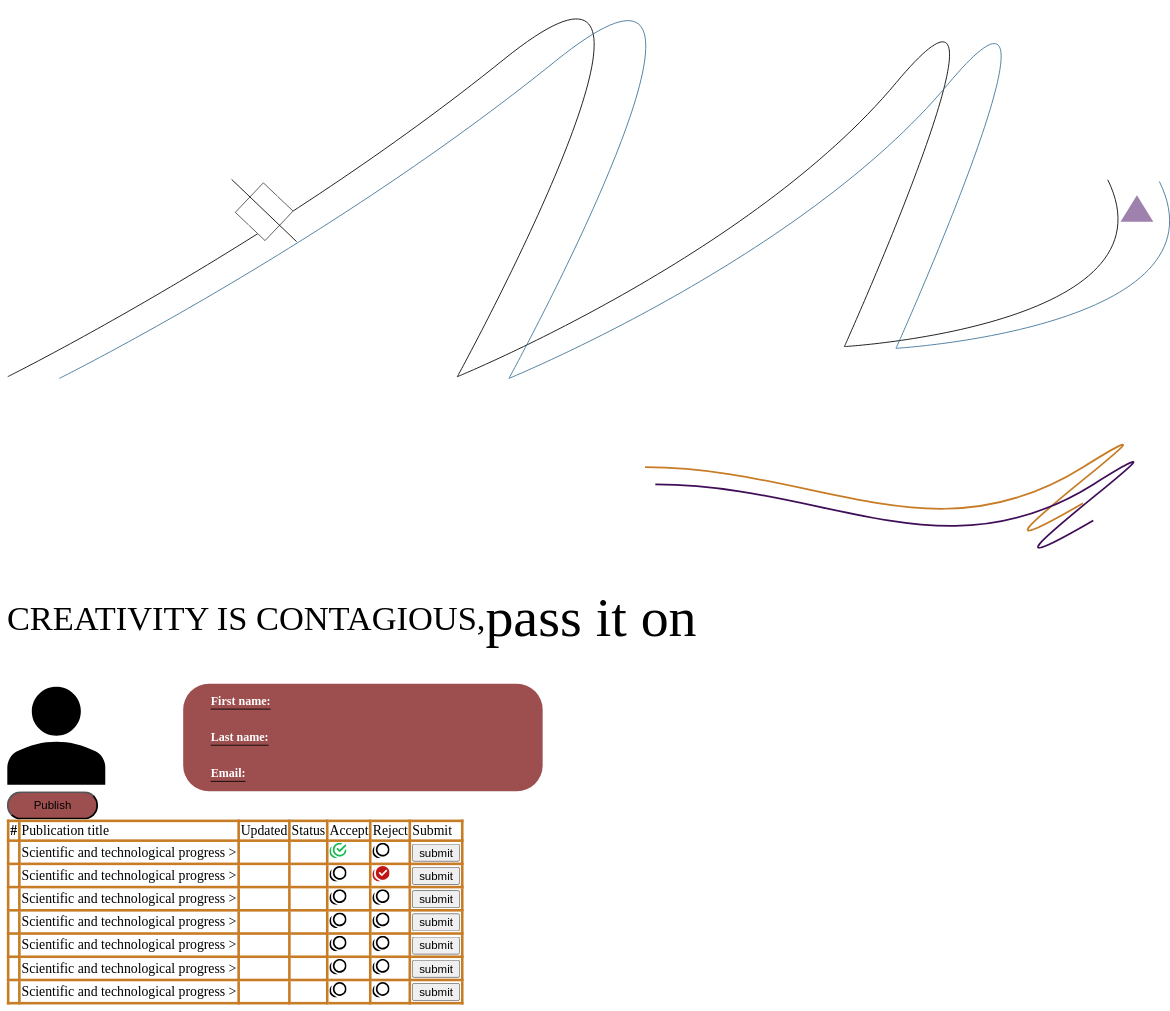
Repository: ceo-of-albeni/articles
Page: /
The author's editor kept a copy of each file at every save. The page is drawn from the files as they stood at one save, then again after the next save.
The browser window is 1280 px wide. The page is 1361 px wide, so the pictures cover 1361 px, including what lies to the right of the window. The pictures show the whole page, at 86% of full size.
The project was rebuilt for these pictures with package versions that can differ from the ones it lists, and the page was loaded fresh each time.

Above is the page before, as saved 2023-05-14 22:32:01.

### public/index.html
<!DOCTYPE html>
<html lang="en">
  <head>
    <meta charset="UTF-8" />
    <meta http-equiv="X-UA-Compatible" content="IE=edge" />
    <meta name="viewport" content="width=device-width, initial-scale=1.0" />
    <link rel="icon" href="%PUBLIC_URL%/favicon.ico" />
    <title>Scientist's room</title>
  </head>
  <body>
    <div id="root"></div>
  </body>
</html>

### src/reviewer's profil/reveiwer.jsx
import "./reviewer.css";

export default function Reviewer() {
    return (
        <>
            <section className="reviewer_section container">
                <div className="bgi">
                    <svg width="1353" height="630" viewBox="0 0 1353 630" fill="none" xmlns="http://www.w3.org/2000/svg">
                        <path d="M742 535.27C940.883 535.27 1077.34 644.011 1251.27 535.27C1425.2 426.529 1042.09 698.385 1251.27 577.171" stroke="#C77C25" stroke-width="2"/>
                        <path d="M754 555.27C952.883 555.27 1089.34 664.011 1263.27 555.27C1437.2 446.529 1054.09 718.385 1263.27 597.171" stroke="#400E59" stroke-width="2"/>
                        <path d="M1 430C1 430 313.424 274.515 577.902 61.0347C842.38 -152.445 523.769 430 523.769 430C523.769 430 865.58 290.013 1034.17 88.0322C1202.75 -113.949 973.846 395.003 973.846 395.003C973.846 395.003 1364.38 371.505 1280.08 201.022" stroke="black"/>
                        <path d="M61 432C61 432 373.424 276.515 637.902 63.0347C902.38 -150.445 583.769 432 583.769 432C583.769 432 925.58 292.013 1094.17 90.0322C1262.75 -111.949 1033.85 397.003 1033.85 397.003C1033.85 397.003 1424.38 373.505 1340.08 203.022" stroke="#3B7197"/>
                        <path d="M1314 219L1333.05 249.75H1294.95L1314 219Z" fill="#9E81AD"/>
                        <rect x="298.204" y="203.912" width="48.6728" height="48.2995" transform="rotate(43.5521 298.204 203.912)" fill="white"/>
                        <rect x="298.221" y="204.619" width="47.6728" height="47.2995" transform="rotate(43.5521 298.221 204.619)" stroke="black" stroke-opacity="0.68"/>
                        <line x1="333.354" y1="201.354" x2="259.354" y2="275.354" stroke="white"/>
                        <line x1="261.346" y1="200.639" x2="336.951" y2="272.998" stroke="black"/>
                    </svg>
                </div>
                <div className="reviewer_thema">
                    <p className="upper ">CREATIVITY IS CONTAGIOUS,</p> <p className="lower">pass it on</p>
                </div>
                <div className="reviewer_user">
                    <div className="user_logo">
                        <svg width="115" height="115" viewBox="0 0 115 115" fill="none" xmlns="http://www.w3.org/2000/svg">
                        <path d="M57.5 57.5C49.6625 57.5 42.9531 54.7094 37.3719 49.1281C31.7906 43.5469 29 36.8375 29 29C29 21.1625 31.7906 14.4531 37.3719 8.87188C42.9531 3.29063 49.6625 0.5 57.5 0.5C65.3375 0.5 72.0469 3.29063 77.6281 8.87188C83.2094 14.4531 86 21.1625 86 29C86 36.8375 83.2094 43.5469 77.6281 49.1281C72.0469 54.7094 65.3375 57.5 57.5 57.5ZM0.5 114.5V94.55C0.5 90.5125 1.54025 86.8004 3.62075 83.4136C5.70125 80.0269 8.461 77.4453 11.9 75.6688C19.2625 71.9875 26.7437 69.2254 34.3438 67.3824C41.9438 65.5394 49.6625 64.6202 57.5 64.625C65.3375 64.625 73.0563 65.5465 80.6562 67.3895C88.2562 69.2325 95.7375 71.9922 103.1 75.6688C106.544 77.45 109.306 80.034 111.386 83.4207C113.467 86.8075 114.505 90.5173 114.5 94.55V114.5H0.5Z" fill="black"/>
                        </svg>
                    </div>
                    <div className="user_data">
                        <p>First name:</p>
                        <p>Last name:</p>
                        <p>Email:</p>
                    </div>
                </div>
                <div className="button_publish">
                    <button>
                        Publish
                    </button>
                </div>
                <div className="table">
                    <table>
                        <tr>
                            <th>#</th>
                            <td>Publication title </td>
                            <td>Updated</td>
                            <td>Status</td>
                            <td>Accept</td>
                            <td>Reject</td>
                            <td>Submit</td>
                        </tr>
                        <tr>
                            <td></td>
                            <td>Scientific and technological progress &gt; </td>
                            <td></td>
                            <td></td>
                            <td>
                                <svg width="20" height="18" viewBox="0 0 20 18" fill="none" xmlns="http://www.w3.org/2000/svg">
                                    <path d="M12 0C9.87827 0 7.84344 0.842855 6.34315 2.34315C4.84285 3.84344 4 5.87827 4 8C4 10.1217 4.84285 12.1566 6.34315 13.6569C7.84344 15.1571 9.87827 16 12 16C14.1217 16 16.1566 15.1571 17.6569 13.6569C19.1571 12.1566 20 10.1217 20 8H18C18 11.32 15.32 14 12 14C10.4087 14 8.88258 13.3679 7.75736 12.2426C6.63214 11.1174 6 9.5913 6 8C6 6.4087 6.63214 4.88258 7.75736 3.75736C8.88258 2.63214 10.4087 2 12 2C12.43 2 12.86 2.05 13.27 2.14L14.88 0.54C13.96 0.18 13 0 12 0ZM18.59 1.58L12 8.17L9.62 5.79L8.21 7.21L12 11L20 3M2.93 3.82C2.01572 4.56996 1.27883 5.51305 0.772242 6.58156C0.265651 7.65006 0.00192585 8.81748 0 10C0 12.1217 0.842855 14.1566 2.34315 15.6569C3.84344 17.1571 5.87827 18 8 18C8.64 18 9.27 17.92 9.88 17.77C8.12 17.38 6.5 16.5 5.17 15.29C4.21237 14.7776 3.41174 14.015 2.85347 13.0834C2.2952 12.1517 2.00023 11.0861 2 10C2 9.7 2.03 9.41 2.07 9.11C2.03 8.74 2 8.37 2 8C2 6.56 2.32 5.13 2.93 3.82Z" fill="#16BA4E"/>
                                </svg>
                            </td>
                            <td>
                            <svg width="20" height="18" viewBox="0 0 20 18" fill="none" xmlns="http://www.w3.org/2000/svg">
                            <path d="M12 0C9.87827 0 7.84344 0.842855 6.34315 2.34315C4.84285 3.84344 4 5.87827 4 8C4 10.1217 4.84285 12.1566 6.34315 13.6569C7.84344 15.1571 9.87827 16 12 16C14.1217 16 16.1566 15.1571 17.6569 13.6569C19.1571 12.1566 20 10.1217 20 8C20 5.87827 19.1571 3.84344 17.6569 2.34315C16.1566 0.842855 14.1217 0 12 0ZM12 2C15.32 2 18 4.69 18 8C18 11.32 15.32 14 12 14C10.4087 14 8.88258 13.3679 7.75736 12.2426C6.63214 11.1174 6 9.5913 6 8C6 6.4087 6.63214 4.88258 7.75736 3.75736C8.88258 2.63214 10.4087 2 12 2ZM2.93 3.82C2.01572 4.56996 1.27883 5.51305 0.772242 6.58156C0.265651 7.65006 0.00192585 8.81748 0 10C0 12.1217 0.842855 14.1566 2.34315 15.6569C3.84344 17.1571 5.87827 18 8 18C8.64 18 9.27 17.92 9.88 17.77C8.12 17.38 6.5 16.5 5.17 15.29C4.21237 14.7776 3.41174 14.015 2.85347 13.0834C2.2952 12.1517 2.00023 11.0861 2 10C2 9.7 2.03 9.41 2.07 9.11C2.03 8.74 2 8.37 2 8C2 6.56 2.32 5.13 2.93 3.82Z" fill="black"/>
                            </svg>
                            </td>
                            <td><button>submit</button></td>
                        </tr>
                        <tr>
                            <td></td>
                            <td>Scientific and technological progress &gt;</td>
                            <td></td>
                            <td></td>
                            <td>
                                <svg width="20" height="18" viewBox="0 0 20 18" fill="none" xmlns="http://www.w3.org/2000/svg">
                                    <path d="M12 0C9.87827 0 7.84344 0.842855 6.34315 2.34315C4.84285 3.84344 4 5.87827 4 8C4 10.1217 4.84285 12.1566 6.34315 13.6569C7.84344 15.1571 9.87827 16 12 16C14.1217 16 16.1566 15.1571 17.6569 13.6569C19.1571 12.1566 20 10.1217 20 8C20 5.87827 19.1571 3.84344 17.6569 2.34315C16.1566 0.842855 14.1217 0 12 0ZM12 2C15.32 2 18 4.69 18 8C18 11.32 15.32 14 12 14C10.4087 14 8.88258 13.3679 7.75736 12.2426C6.63214 11.1174 6 9.5913 6 8C6 6.4087 6.63214 4.88258 7.75736 3.75736C8.88258 2.63214 10.4087 2 12 2ZM2.93 3.82C2.01572 4.56996 1.27883 5.51305 0.772242 6.58156C0.265651 7.65006 0.00192585 8.81748 0 10C0 12.1217 0.842855 14.1566 2.34315 15.6569C3.84344 17.1571 5.87827 18 8 18C8.64 18 9.27 17.92 9.88 17.77C8.12 17.38 6.5 16.5 5.17 15.29C4.21237 14.7776 3.41174 14.015 2.85347 13.0834C2.2952 12.1517 2.00023 11.0861 2 10C2 9.7 2.03 9.41 2.07 9.11C2.03 8.74 2 8.37 2 8C2 6.56 2.32 5.13 2.93 3.82Z" fill="black"/>
                                </svg>
                            </td>
                            <td>
                            <svg width="20" height="18" viewBox="0 0 20 18" fill="none" xmlns="http://www.w3.org/2000/svg">
                            <path d="M12 0C9.87827 0 7.84344 0.842855 6.34315 2.34315C4.84285 3.84344 4 5.87827 4 8C4 10.1217 4.84285 12.1566 6.34315 13.6569C7.84344 15.1571 9.87827 16 12 16C14.1217 16 16.1566 15.1571 17.6569 13.6569C19.1571 12.1566 20 10.1217 20 8C20 5.87827 19.1571 3.84344 17.6569 2.34315C16.1566 0.842855 14.1217 0 12 0ZM2.93 3.82C2.01572 4.56996 1.27883 5.51305 0.772242 6.58156C0.265651 7.65006 0.00192585 8.81748 0 10C0 12.1217 0.842855 14.1566 2.34315 15.6569C3.84344 17.1571 5.87827 18 8 18C8.64 18 9.27 17.92 9.88 17.77C8.12 17.38 6.5 16.5 5.17 15.29C4.21237 14.7776 3.41174 14.015 2.85347 13.0834C2.2952 12.1517 2.00023 11.0861 2 10C2 9.7 2.03 9.41 2.07 9.11C2.03 8.74 2 8.37 2 8C2 6.56 2.32 5.13 2.93 3.82ZM16.09 4.08L17.5 5.5L11 12L7.21 8.21L8.63 6.79L11 9.17" fill="#C11414"/>
                            </svg>
                            </td>
                            <td><button>submit</button></td>
                        </tr>
                        <tr>
                            <td></td>
                            <td>Scientific and technological progress &gt;</td>
                            <td></td>
                            <td></td>
                            <td>
                                <svg width="20" height="18" viewBox="0 0 20 18" fill="none" xmlns="http://www.w3.org/2000/svg">
                                <path d="M12 0C9.87827 0 7.84344 0.842855 6.34315 2.34315C4.84285 3.84344 4 5.87827 4 8C4 10.1217 4.84285 12.1566 6.34315 13.6569C7.84344 15.1571 9.87827 16 12 16C14.1217 16 16.1566 15.1571 17.6569 13.6569C19.1571 12.1566 20 10.1217 20 8C20 5.87827 19.1571 3.84344 17.6569 2.34315C16.1566 0.842855 14.1217 0 12 0ZM12 2C15.32 2 18 4.69 18 8C18 11.32 15.32 14 12 14C10.4087 14 8.88258 13.3679 7.75736 12.2426C6.63214 11.1174 6 9.5913 6 8C6 6.4087 6.63214 4.88258 7.75736 3.75736C8.88258 2.63214 10.4087 2 12 2ZM2.93 3.82C2.01572 4.56996 1.27883 5.51305 0.772242 6.58156C0.265651 7.65006 0.00192585 8.81748 0 10C0 12.1217 0.842855 14.1566 2.34315 15.6569C3.84344 17.1571 5.87827 18 8 18C8.64 18 9.27 17.92 9.88 17.77C8.12 17.38 6.5 16.5 5.17 15.29C4.21237 14.7776 3.41174 14.015 2.85347 13.0834C2.2952 12.1517 2.00023 11.0861 2 10C2 9.7 2.03 9.41 2.07 9.11C2.03 8.74 2 8.37 2 8C2 6.56 2.32 5.13 2.93 3.82Z" fill="black"/>
                                </svg>
                            </td>
                            <td>
                            <svg width="20" height="18" viewBox="0 0 20 18" fill="none" xmlns="http://www.w3.org/2000/svg">
                            <path d="M12 0C9.87827 0 7.84344 0.842855 6.34315 2.34315C4.84285 3.84344 4 5.87827 4 8C4 10.1217 4.84285 12.1566 6.34315 13.6569C7.84344 15.1571 9.87827 16 12 16C14.1217 16 16.1566 15.1571 17.6569 13.6569C19.1571 12.1566 20 10.1217 20 8C20 5.87827 19.1571 3.84344 17.6569 2.34315C16.1566 0.842855 14.1217 0 12 0ZM12 2C15.32 2 18 4.69 18 8C18 11.32 15.32 14 12 14C10.4087 14 8.88258 13.3679 7.75736 12.2426C6.63214 11.1174 6 9.5913 6 8C6 6.4087 6.63214 4.88258 7.75736 3.75736C8.88258 2.63214 10.4087 2 12 2ZM2.93 3.82C2.01572 4.56996 1.27883 5.51305 0.772242 6.58156C0.265651 7.65006 0.00192585 8.81748 0 10C0 12.1217 0.842855 14.1566 2.34315 15.6569C3.84344 17.1571 5.87827 18 8 18C8.64 18 9.27 17.92 9.88 17.77C8.12 17.38 6.5 16.5 5.17 15.29C4.21237 14.7776 3.41174 14.015 2.85347 13.0834C2.2952 12.1517 2.00023 11.0861 2 10C2 9.7 2.03 9.41 2.07 9.11C2.03 8.74 2 8.37 2 8C2 6.56 2.32 5.13 2.93 3.82Z" fill="black"/>
                            </svg>
                            </td>
                            <td><button>submit</button></td>
                        </tr>
                        <tr>
                            <td></td>
                            <td>Scientific and technological progress &gt;</td>
                            <td></td>
                            <td></td>
                            <td>
                            <svg width="20" height="18" viewBox="0 0 20 18" fill="none" xmlns="http://www.w3.org/2000/svg">
                            <path d="M12 0C9.87827 0 7.84344 0.842855 6.34315 2.34315C4.84285 3.84344 4 5.87827 4 8C4 10.1217 4.84285 12.1566 6.34315 13.6569C7.84344 15.1571 9.87827 16 12 16C14.1217 16 16.1566 15.1571 17.6569 13.6569C19.1571 12.1566 20 10.1217 20 8C20 5.87827 19.1571 3.84344 17.6569 2.34315C16.1566 0.842855 14.1217 0 12 0ZM12 2C15.32 2 18 4.69 18 8C18 11.32 15.32 14 12 14C10.4087 14 8.88258 13.3679 7.75736 12.2426C6.63214 11.1174 6 9.5913 6 8C6 6.4087 6.63214 4.88258 7.75736 3.75736C8.88258 2.63214 10.4087 2 12 2ZM2.93 3.82C2.01572 4.56996 1.27883 5.51305 0.772242 6.58156C0.265651 7.65006 0.00192585 8.81748 0 10C0 12.1217 0.842855 14.1566 2.34315 15.6569C3.84344 17.1571 5.87827 18 8 18C8.64 18 9.27 17.92 9.88 17.77C8.12 17.38 6.5 16.5 5.17 15.29C4.21237 14.7776 3.41174 14.015 2.85347 13.0834C2.2952 12.1517 2.00023 11.0861 2 10C2 9.7 2.03 9.41 2.07 9.11C2.03 8.74 2 8.37 2 8C2 6.56 2.32 5.13 2.93 3.82Z" fill="black"/>
                            </svg>
                            </td>
                            <td>
                            <svg width="20" height="18" viewBox="0 0 20 18" fill="none" xmlns="http://www.w3.org/2000/svg">
                            <path d="M12 0C9.87827 0 7.84344 0.842855 6.34315 2.34315C4.84285 3.84344 4 5.87827 4 8C4 10.1217 4.84285 12.1566 6.34315 13.6569C7.84344 15.1571 9.87827 16 12 16C14.1217 16 16.1566 15.1571 17.6569 13.6569C19.1571 12.1566 20 10.1217 20 8C20 5.87827 19.1571 3.84344 17.6569 2.34315C16.1566 0.842855 14.1217 0 12 0ZM12 2C15.32 2 18 4.69 18 8C18 11.32 15.32 14 12 14C10.4087 14 8.88258 13.3679 7.75736 12.2426C6.63214 11.1174 6 9.5913 6 8C6 6.4087 6.63214 4.88258 7.75736 3.75736C8.88258 2.63214 10.4087 2 12 2ZM2.93 3.82C2.01572 4.56996 1.27883 5.51305 0.772242 6.58156C0.265651 7.65006 0.00192585 8.81748 0 10C0 12.1217 0.842855 14.1566 2.34315 15.6569C3.84344 17.1571 5.87827 18 8 18C8.64 18 9.27 17.92 9.88 17.77C8.12 17.38 6.5 16.5 5.17 15.29C4.21237 14.7776 3.41174 14.015 2.85347 13.0834C2.2952 12.1517 2.00023 11.0861 2 10C2 9.7 2.03 9.41 2.07 9.11C2.03 8.74 2 8.37 2 8C2 6.56 2.32 5.13 2.93 3.82Z" fill="black"/>
                            </svg>
                            </td>
                            <td><button>submit</button></td>
                        </tr>
                        <tr>
                            <td></td>
                            <td>Scientific and technological progress &gt;</td>
                            <td></td>
                            <td></td>
                            <td>
                            <svg width="20" height="18" viewBox="0 0 20 18" fill="none" xmlns="http://www.w3.org/2000/svg">
                            <path d="M12 0C9.87827 0 7.84344 0.842855 6.34315 2.34315C4.84285 3.84344 4 5.87827 4 8C4 10.1217 4.84285 12.1566 6.34315 13.6569C7.84344 15.1571 9.87827 16 12 16C14.1217 16 16.1566 15.1571 17.6569 13.6569C19.1571 12.1566 20 10.1217 20 8C20 5.87827 19.1571 3.84344 17.6569 2.34315C16.1566 0.842855 14.1217 0 12 0ZM12 2C15.32 2 18 4.69 18 8C18 11.32 15.32 14 12 14C10.4087 14 8.88258 13.3679 7.75736 12.2426C6.63214 11.1174 6 9.5913 6 8C6 6.4087 6.63214 4.88258 7.75736 3.75736C8.88258 2.63214 10.4087 2 12 2ZM2.93 3.82C2.01572 4.56996 1.27883 5.51305 0.772242 6.58156C0.265651 7.65006 0.00192585 8.81748 0 10C0 12.1217 0.842855 14.1566 2.34315 15.6569C3.84344 17.1571 5.87827 18 8 18C8.64 18 9.27 17.92 9.88 17.77C8.12 17.38 6.5 16.5 5.17 15.29C4.21237 14.7776 3.41174 14.015 2.85347 13.0834C2.2952 12.1517 2.00023 11.0861 2 10C2 9.7 2.03 9.41 2.07 9.11C2.03 8.74 2 8.37 2 8C2 6.56 2.32 5.13 2.93 3.82Z" fill="black"/>
                            </svg>
                            </td>
                            <td>
                            <svg width="20" height="18" viewBox="0 0 20 18" fill="none" xmlns="http://www.w3.org/2000/svg">
                            <path d="M12 0C9.87827 0 7.84344 0.842855 6.34315 2.34315C4.84285 3.84344 4 5.87827 4 8C4 10.1217 4.84285 12.1566 6.34315 13.6569C7.84344 15.1571 9.87827 16 12 16C14.1217 16 16.1566 15.1571 17.6569 13.6569C19.1571 12.1566 20 10.1217 20 8C20 5.87827 19.1571 3.84344 17.6569 2.34315C16.1566 0.842855 14.1217 0 12 0ZM12 2C15.32 2 18 4.69 18 8C18 11.32 15.32 14 12 14C10.4087 14 8.88258 13.3679 7.75736 12.2426C6.63214 11.1174 6 9.5913 6 8C6 6.4087 6.63214 4.88258 7.75736 3.75736C8.88258 2.63214 10.4087 2 12 2ZM2.93 3.82C2.01572 4.56996 1.27883 5.51305 0.772242 6.58156C0.265651 7.65006 0.00192585 8.81748 0 10C0 12.1217 0.842855 14.1566 2.34315 15.6569C3.84344 17.1571 5.87827 18 8 18C8.64 18 9.27 17.92 9.88 17.77C8.12 17.38 6.5 16.5 5.17 15.29C4.21237 14.7776 3.41174 14.015 2.85347 13.0834C2.2952 12.1517 2.00023 11.0861 2 10C2 9.7 2.03 9.41 2.07 9.11C2.03 8.74 2 8.37 2 8C2 6.56 2.32 5.13 2.93 3.82Z" fill="black"/>
                            </svg>
                            </td>
                            <td><button>submit</button></td>
                        </tr>
                        <tr>
                            <td></td>
                            <td>Scientific and technological progress &gt;</td>
                            <td></td>
                            <td></td>
                            <td>
                            <svg width="20" height="18" viewBox="0 0 20 18" fill="none" xmlns="http://www.w3.org/2000/svg">
                            <path d="M12 0C9.87827 0 7.84344 0.842855 6.34315 2.34315C4.84285 3.84344 4 5.87827 4 8C4 10.1217 4.84285 12.1566 6.34315 13.6569C7.84344 15.1571 9.87827 16 12 16C14.1217 16 16.1566 15.1571 17.6569 13.6569C19.1571 12.1566 20 10.1217 20 8C20 5.87827 19.1571 3.84344 17.6569 2.34315C16.1566 0.842855 14.1217 0 12 0ZM12 2C15.32 2 18 4.69 18 8C18 11.32 15.32 14 12 14C10.4087 14 8.88258 13.3679 7.75736 12.2426C6.63214 11.1174 6 9.5913 6 8C6 6.4087 6.63214 4.88258 7.75736 3.75736C8.88258 2.63214 10.4087 2 12 2ZM2.93 3.82C2.01572 4.56996 1.27883 5.51305 0.772242 6.58156C0.265651 7.65006 0.00192585 8.81748 0 10C0 12.1217 0.842855 14.1566 2.34315 15.6569C3.84344 17.1571 5.87827 18 8 18C8.64 18 9.27 17.92 9.88 17.77C8.12 17.38 6.5 16.5 5.17 15.29C4.21237 14.7776 3.41174 14.015 2.85347 13.0834C2.2952 12.1517 2.00023 11.0861 2 10C2 9.7 2.03 9.41 2.07 9.11C2.03 8.74 2 8.37 2 8C2 6.56 2.32 5.13 2.93 3.82Z" fill="black"/>
                            </svg>
                            </td>
                            <td><svg width="20" height="18" viewBox="0 0 20 18" fill="none" xmlns="http://www.w3.org/2000/svg">
                            <path d="M12 0C9.87827 0 7.84344 0.842855 6.34315 2.34315C4.84285 3.84344 4 5.87827 4 8C4 10.1217 4.84285 12.1566 6.34315 13.6569C7.84344 15.1571 9.87827 16 12 16C14.1217 16 16.1566 15.1571 17.6569 13.6569C19.1571 12.1566 20 10.1217 20 8C20 5.87827 19.1571 3.84344 17.6569 2.34315C16.1566 0.842855 14.1217 0 12 0ZM12 2C15.32 2 18 4.69 18 8C18 11.32 15.32 14 12 14C10.4087 14 8.88258 13.3679 7.75736 12.2426C6.63214 11.1174 6 9.5913 6 8C6 6.4087 6.63214 4.88258 7.75736 3.75736C8.88258 2.63214 10.4087 2 12 2ZM2.93 3.82C2.01572 4.56996 1.27883 5.51305 0.772242 6.58156C0.265651 7.65006 0.00192585 8.81748 0 10C0 12.1217 0.842855 14.1566 2.34315 15.6569C3.84344 17.1571 5.87827 18 8 18C8.64 18 9.27 17.92 9.88 17.77C8.12 17.38 6.5 16.5 5.17 15.29C4.21237 14.7776 3.41174 14.015 2.85347 13.0834C2.2952 12.1517 2.00023 11.0861 2 10C2 9.7 2.03 9.41 2.07 9.11C2.03 8.74 2 8.37 2 8C2 6.56 2.32 5.13 2.93 3.82Z" fill="black"/>
                            </svg></td>
                            <td><button>submit</button></td>
                        </tr>
                        <tr>
                            <td></td>
                            <td>Scientific and technological progress &gt;</td>
                            <td></td>
                            <td></td>
                            <td>
                            <svg width="20" height="18" viewBox="0 0 20 18" fill="none" xmlns="http://www.w3.org/2000/svg">
                            <path d="M12 0C9.87827 0 7.84344 0.842855 6.34315 2.34315C4.84285 3.84344 4 5.87827 4 8C4 10.1217 4.84285 12.1566 6.34315 13.6569C7.84344 15.1571 9.87827 16 12 16C14.1217 16 16.1566 15.1571 17.6569 13.6569C19.1571 12.1566 20 10.1217 20 8C20 5.87827 19.1571 3.84344 17.6569 2.34315C16.1566 0.842855 14.1217 0 12 0ZM12 2C15.32 2 18 4.69 18 8C18 11.32 15.32 14 12 14C10.4087 14 8.88258 13.3679 7.75736 12.2426C6.63214 11.1174 6 9.5913 6 8C6 6.4087 6.63214 4.88258 7.75736 3.75736C8.88258 2.63214 10.4087 2 12 2ZM2.93 3.82C2.01572 4.56996 1.27883 5.51305 0.772242 6.58156C0.265651 7.65006 0.00192585 8.81748 0 10C0 12.1217 0.842855 14.1566 2.34315 15.6569C3.84344 17.1571 5.87827 18 8 18C8.64 18 9.27 17.92 9.88 17.77C8.12 17.38 6.5 16.5 5.17 15.29C4.21237 14.7776 3.41174 14.015 2.85347 13.0834C2.2952 12.1517 2.00023 11.0861 2 10C2 9.7 2.03 9.41 2.07 9.11C2.03 8.74 2 8.37 2 8C2 6.56 2.32 5.13 2.93 3.82Z" fill="black"/>
                            </svg>
                            </td>
                            <td>
                            <svg width="20" height="18" viewBox="0 0 20 18" fill="none" xmlns="http://www.w3.org/2000/svg">
                            <path d="M12 0C9.87827 0 7.84344 0.842855 6.34315 2.34315C4.84285 3.84344 4 5.87827 4 8C4 10.1217 4.84285 12.1566 6.34315 13.6569C7.84344 15.1571 9.87827 16 12 16C14.1217 16 16.1566 15.1571 17.6569 13.6569C19.1571 12.1566 20 10.1217 20 8C20 5.87827 19.1571 3.84344 17.6569 2.34315C16.1566 0.842855 14.1217 0 12 0ZM12 2C15.32 2 18 4.69 18 8C18 11.32 15.32 14 12 14C10.4087 14 8.88258 13.3679 7.75736 12.2426C6.63214 11.1174 6 9.5913 6 8C6 6.4087 6.63214 4.88258 7.75736 3.75736C8.88258 2.63214 10.4087 2 12 2ZM2.93 3.82C2.01572 4.56996 1.27883 5.51305 0.772242 6.58156C0.265651 7.65006 0.00192585 8.81748 0 10C0 12.1217 0.842855 14.1566 2.34315 15.6569C3.84344 17.1571 5.87827 18 8 18C8.64 18 9.27 17.92 9.88 17.77C8.12 17.38 6.5 16.5 5.17 15.29C4.21237 14.7776 3.41174 14.015 2.85347 13.0834C2.2952 12.1517 2.00023 11.0861 2 10C2 9.7 2.03 9.41 2.07 9.11C2.03 8.74 2 8.37 2 8C2 6.56 2.32 5.13 2.93 3.82Z" fill="black"/>
                            </svg>
                            </td>
                            <td><button>submit</button></td>
                        </tr>
                    </table>
                </div>
            </section>
        </>
    )
}

Loaded but not shown: src/index.js (common file); src/App.js (14 lines, source omitted); src/reviewer's profil/reviewer.css (75 lines, source omitted)

After the next save:
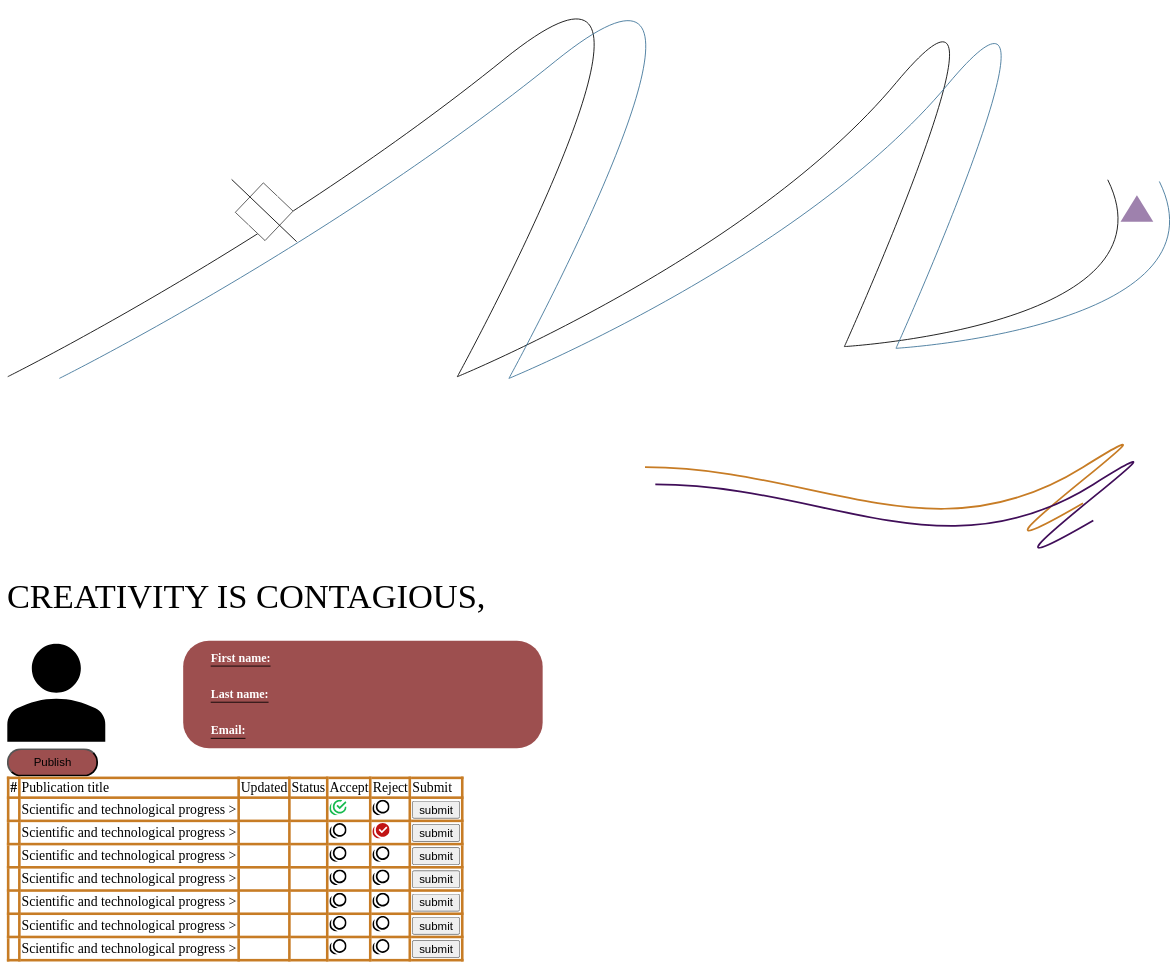
Saved 51 s later.
--- a/src/reviewer's profil/reveiwer.jsx
+++ b/src/reviewer's profil/reveiwer.jsx
@@ -18,7 +18,7 @@ export default function Reviewer() {
                     </svg>
                 </div>
                 <div className="reviewer_thema">
-                    <p className="upper ">CREATIVITY IS CONTAGIOUS,</p> <p className="lower">pass it on</p>
+                    <p className="upper ">CREATIVITY IS CONTAGIOUS,</p>
                 </div>
                 <div className="reviewer_user">
                     <div className="user_logo">
